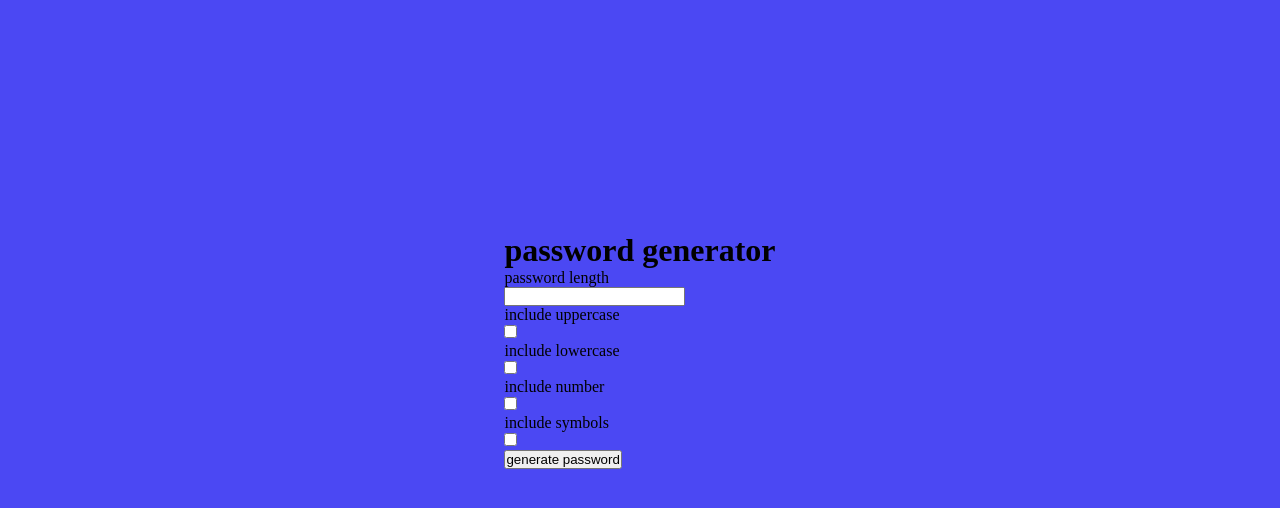
Repository: Eugene44-hub/password-generator
Page: index.html
These files come from the project's save history. The page is drawn as it stood at one moment and after the next save; the edit follows.
The browser window is 1280 px wide. The pictures show the whole page.

Above is the page before, as saved 2021-09-23 10:23:12.

### index.html
<!DOCTYPE html>
<html lang="en">

<head>
    <meta charset="UTF-8">
    <meta http-equiv="X-UA-Compatible" content="IE=edge">
    <meta name="viewport" content="width=device-width, initial-scale=1.0">
    <title>Document</title>
    <link rel="stylesheet" href="style.css">
</head>

<body>
    <div class="passwordGenerator">
        <h1>password generator</h1>
        <div class="password">

        </div>
        <div class="select-options">
            <p>password length</p>
            <input type="number">
            <p>include uppercase</p><input type="checkbox" id="uppercase">
            <p>include lowercase</p><input type="checkbox" id="lowercase">
            <p>include number</p><input type="checkbox" id="number">
            <p>include symbols</p><input type="checkbox" id="symbol">
        </div>
        <button id="generate-password">generate password</button>
    </div>
    <script src="app.js"></script>
</body>

</html>

</html>

### style.css
* {
    padding: 0;
    margin: 0;
    box-sizing: border-box;
}

body {
    display: flex;
    height: 700px;
    background-color: rgb(75, 72, 243);
}

.passwordGenerator {
    margin: auto;
    background-color: ;
}

### app.js
// document.querySelector('.password').addEventListener('', e => {})
// console.log(String.fromCharCode())

const person = {
    name: 'Eugene',
    type: true,
    greeting: 'Hello'
}
let x = [{ lower: true }, { upper: false }, { number: true }, { symbol: true }];

// const rand = {
//     lower: true,
//     upper: true,
//     number: false,
//     symbol: true,
// }

// const functName =
//     console.log()

After the next save:
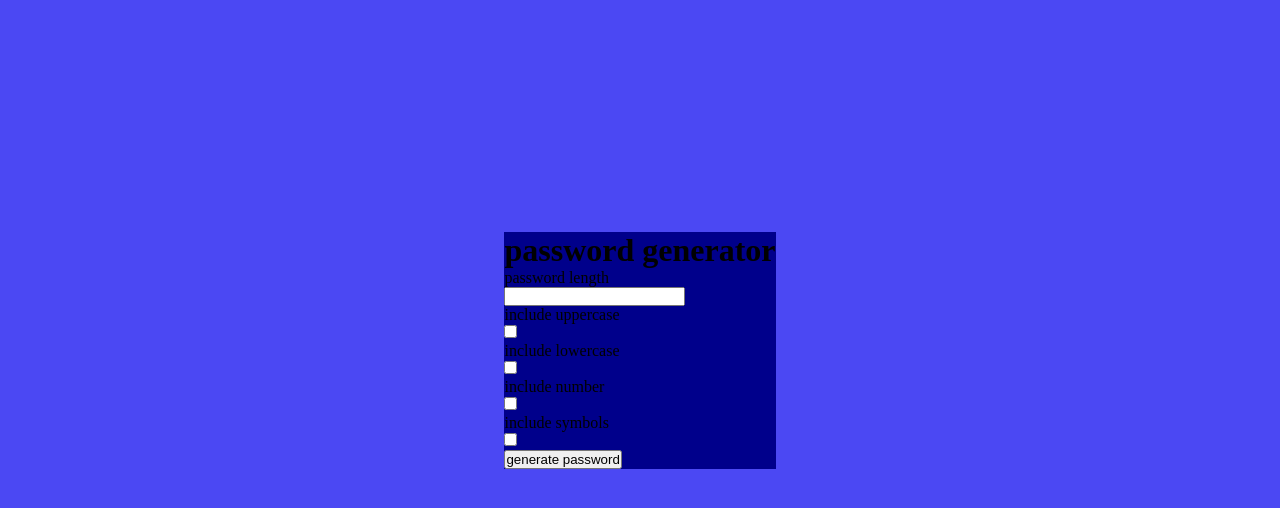
Saved 4 s later.
--- a/style.css
+++ b/style.css
@@ -12,5 +12,5 @@ body {
 
 .passwordGenerator {
     margin: auto;
-    background-color: ;
+    background-color: darkblue;
 }
